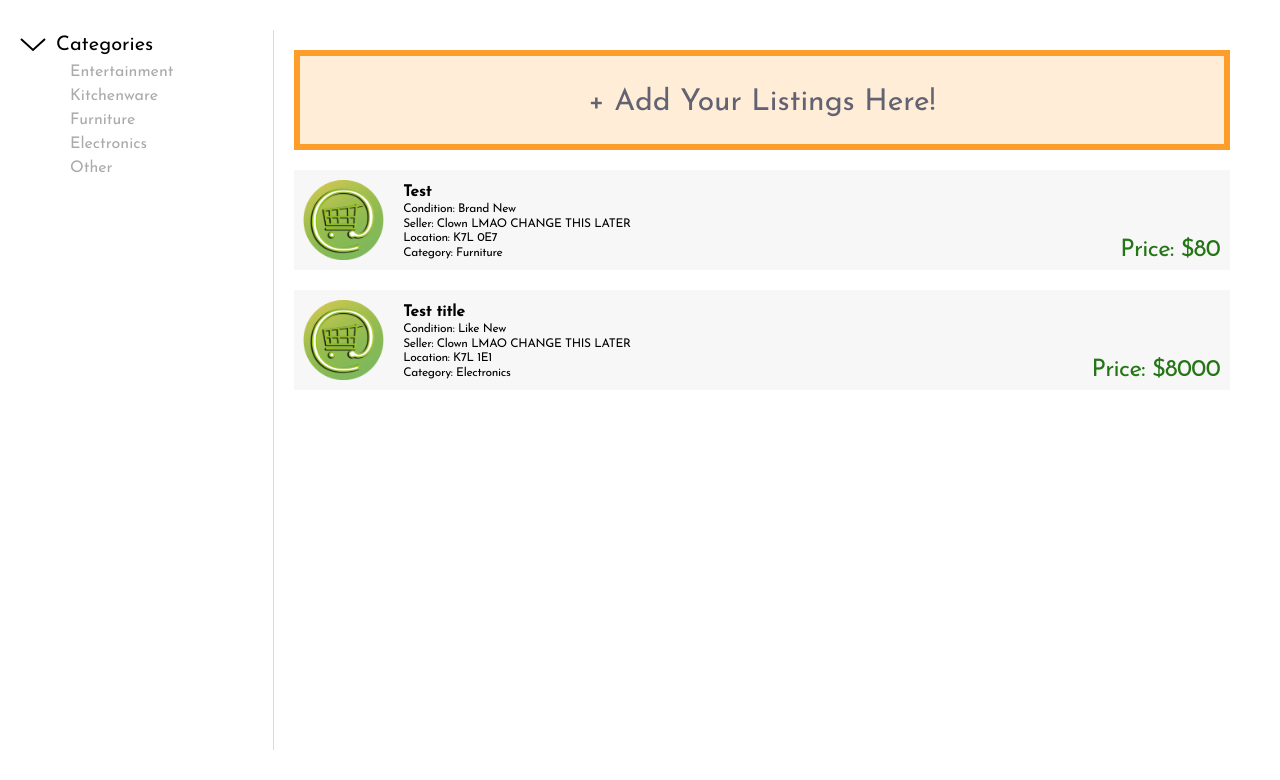
Repository: AdwaitSri/Kingston-Marketplace
Page: /listings (app in qhacks-24/)
These files come from the project's save history. The page is drawn as it stood at one moment and after the next save; the edit follows.
The browser window is 1280 px wide. The pictures show the whole page.
The project was rebuilt for these pictures with package versions that can differ from the ones it lists, and the page was loaded fresh each time. Also part of the build but not shown: qhacks-24/src/components/HomeNavbar.js, qhacks-24/src/pages/Home.js, qhacks-24/src/pages/Signup.js, qhacks-24/src/components/CreationNavbar.js, qhacks-24/src/pages/Creation.js, qhacks-24/src/pages/Item.js.

Above is the page before, as saved 2024-02-03 17:29:31.

After the next save:
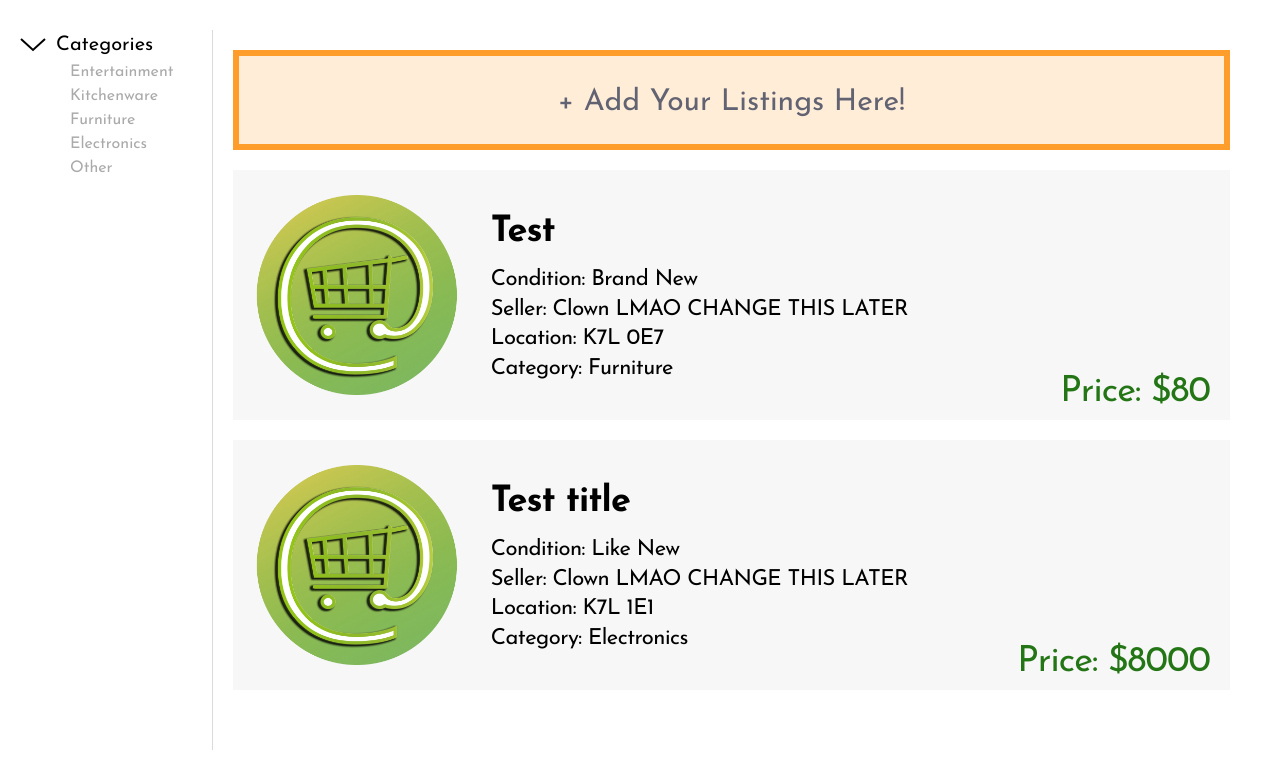
Saved 38 min 58 s later.
--- a/qhacks-24/src/pages/Listings.js
+++ b/qhacks-24/src/pages/Listings.js
@@ -108,6 +108,15 @@ export default function Listings() {
 
             return newState;
         })
+    }
+
+    function getSelectedCategory() {
+        for (let i = 0; i < selectedCategory.length; i++) {
+            if (selectedCategory[i].selected) {
+                return selectedCategory[i].categoryName;
+            }
+        }
+        return false;
     }
 
     const listingCards = exampleData.map((data) => {
@@ -121,16 +130,16 @@ export default function Listings() {
                     className="w-full"
                 >
                     <div
-                        className="w-full h-[100px] bg-[#f7f7f7] flex items-center"
+                        className="w-full h-[250px] bg-[#f7f7f7] flex items-center"
                     >
                         <img src="/images/logo.png" alt="placeholder" className="h-[80%]"/>
-                        <div className='h-full w-full p-[10px] relative'>
-                            <p className="font-jose font-bold tracking-tight h-[25%]">{data.title}</p>
-                            <p className="font-jose text-[12px] tracking-tight">Condition: {getCondition(data.condition)}</p>
-                            <p className="font-jose text-[12px] relative top-[-3px] tracking-tight">Seller: {sellerName}</p>
-                            <p className="font-jose text-[12px] relative top-[-7px] tracking-tight">Location: {data.postalcode}</p>
-                            <p className="font-jose text-[12px] relative top-[-10px] tracking-tight">Category: {getCategory(data.category) ? getCategory(data.category) : "???"}</p>
-                            <p className="font-jose text-[24px] relative top-[-40px] text-[#237515] float-right tracking-tight">Price: ${data.price}</p>
+                        <div className='h-full w-full p-[10px] mt-[50px] relative'>
+                            <p className="font-jose font-bold text-[36px] tracking-tight h-[25%]">{data.title}</p>
+                            <p className="font-jose text-[22px] tracking-tight">Condition: {getCondition(data.condition)}</p>
+                            <p className="font-jose text-[22px] relative top-[-3px] tracking-tight">Seller: {sellerName}</p>
+                            <p className="font-jose text-[22px] relative top-[-7px] tracking-tight">Location: {data.postalcode}</p>
+                            <p className="font-jose text-[22px] relative top-[-10px] tracking-tight">Category: {getCategory(data.category) ? getCategory(data.category) : "???"}</p>
+                            <p className="font-jose text-[36px] relative top-[-30px] right-[10px] text-[#237515] float-right tracking-tight">Price: ${data.price}</p>
                         </div>
                     </div>
                 </Link>
@@ -154,7 +163,7 @@ export default function Listings() {
             className="flex h-[100dvh] m-[30px]"
         >
             <div
-                className="w-1/5 border-r-[1px] border-[#aaaaaa70]"
+                className="w-[15%] border-r-[1px] border-[#aaaaaa70]"
             >
                 <div className="flex items-center relative right-[10px]">
                     <svg width="26" height="14" viewBox="0 0 26 14" fill="none" xmlns="http://www.w3.org/2000/svg">
@@ -171,7 +180,7 @@ export default function Listings() {
             </div>
 
             <div
-                className="w-4/5"
+                className="w-[85%]"
             >
                 <div className="flex justify-between m-[20px]">
                     <div
